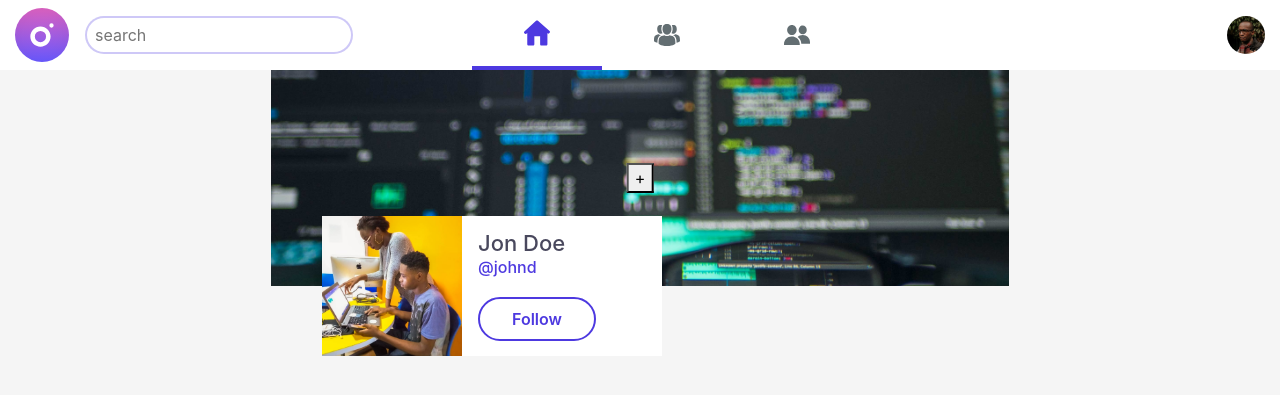
Repository: Flovet-stack/memic
Page: admin-profile.html
An editor plug-in stored every save of this project. The page is shown before and after the next save, followed by the edit.
The browser window is 1280 px wide. The pictures show the whole page.
Some web fonts or font styles are not loaded; a fallback is used.

Above is the page before, as saved 2020-10-27 23:41:19.
Console error: TypeError: Cannot read properties of undefined (reading 'fn')

After the next save:
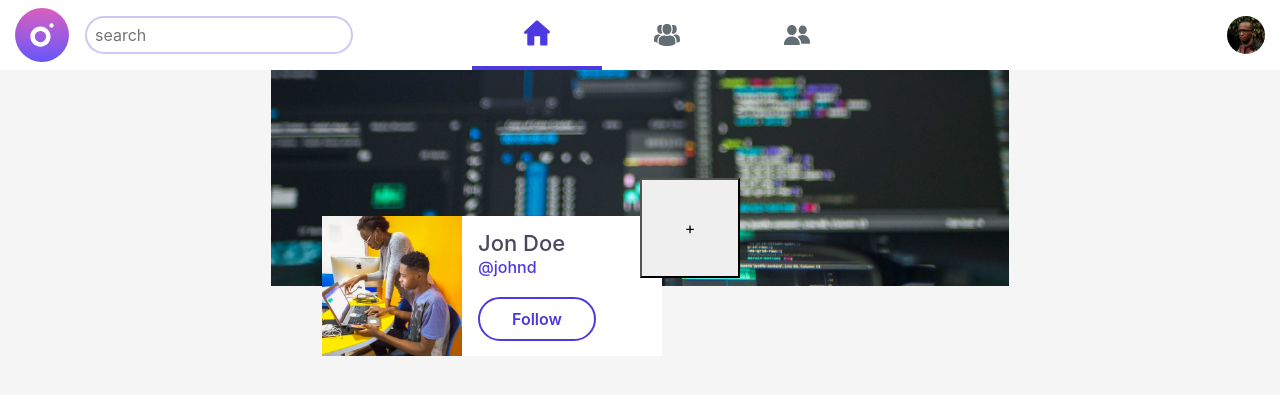
Saved 20 s later.
--- a/css/admin-profile.css
+++ b/css/admin-profile.css
@@ -50,8 +50,10 @@
     margin-top: var(--padding-2);
 }
 .change-cover-btn {
+    width: 100px;
+    height: 100px;
     position: relative;
-    transform: translate(-50%, -50%);
+    /* transform: translate(-50%, -50%); */
     left: 50%;
     top: 50%;
 }
